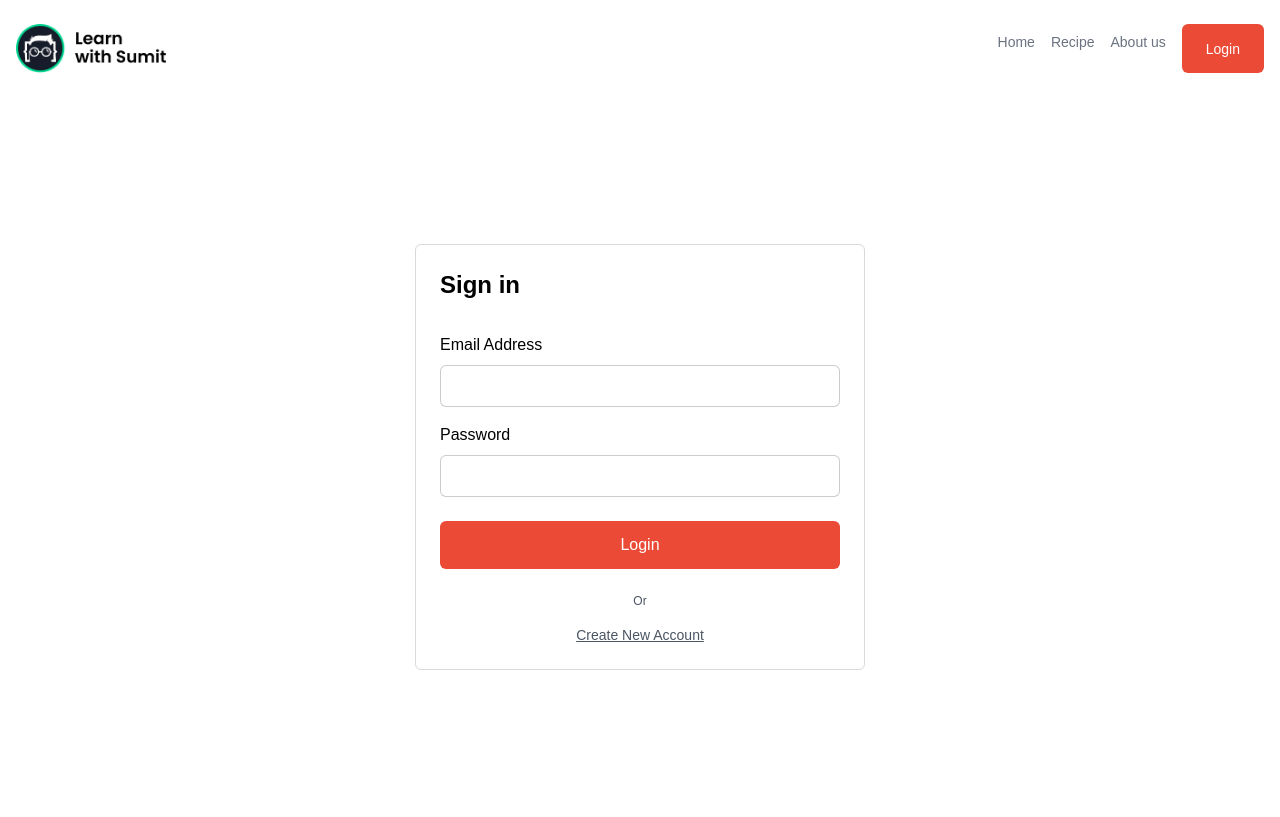
Repository: Wahid137/khana-khazana
Page: /login
These files come from the project's save history. The page is drawn as it stood at one moment and after the next save; the edit follows.
The browser window is 1280 px wide. The pictures show the whole page.
The project was rebuilt for these pictures with package versions that can differ from the ones it lists, and the page was loaded fresh each time. The framework's server and built-in components were replaced by stand-ins that run in the browser. Also part of the build but not shown: next.config.mjs.

Above is the page before, as saved 2024-05-03 02:22:12.

After the next save:
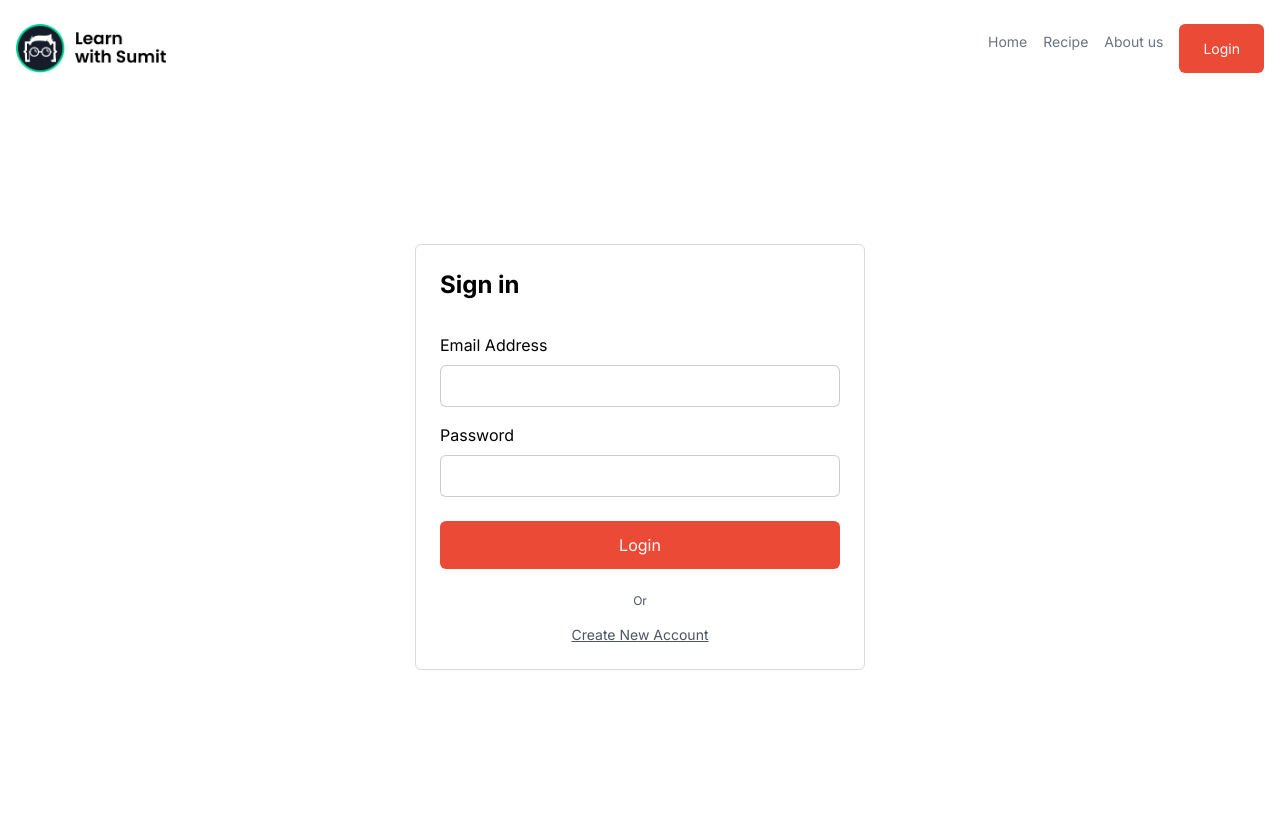
Saved 115 s later.
--- a/app/globals.css
+++ b/app/globals.css
@@ -3,9 +3,6 @@
 @tailwind utilities;
 
 @layer utilities {
-  * {
-    font-family: "Poppins", sans-serif;
-  }
   .container {
     @apply mx-auto px-4 max-w-7xl;
   }
